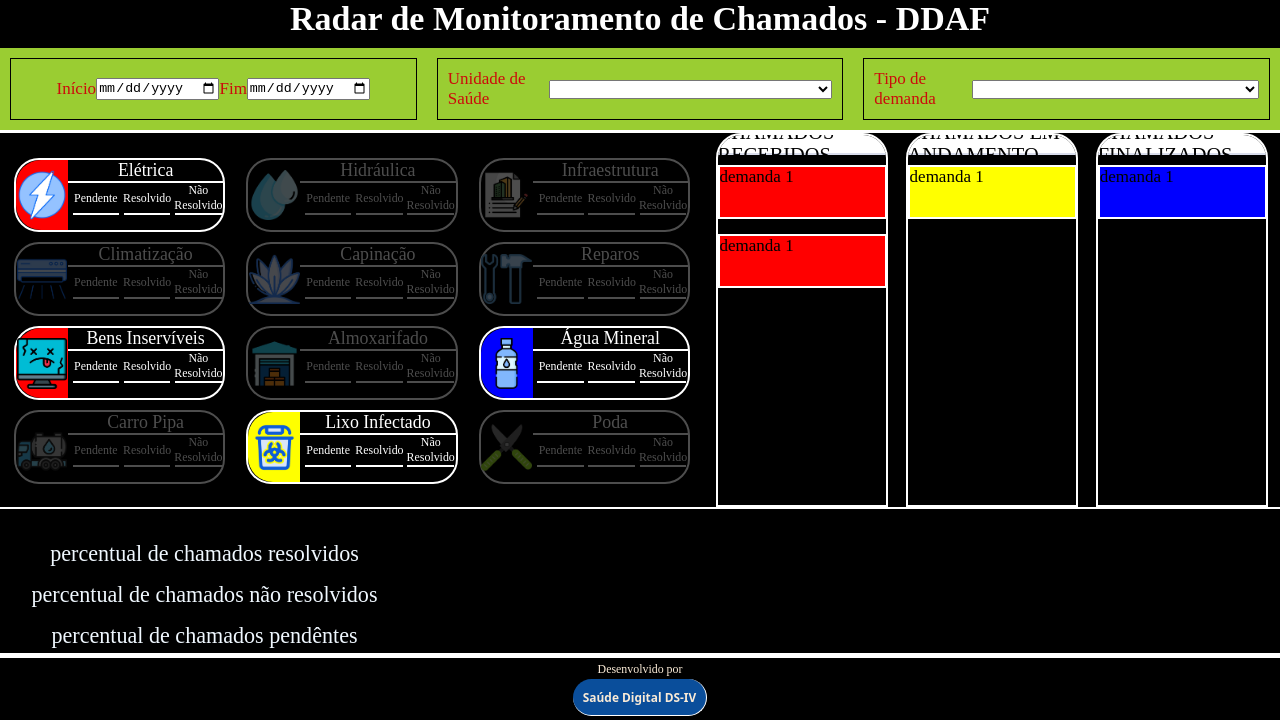
Repository: br-on/ddaf-chamados
Page: index.html
These files come from the project's save history. The page is drawn as it stood at one moment and after a run of saves; the edit follows.
The browser window is 1280 px wide. The pictures show the whole page.

Above is the page before, as saved 2025-01-25 01:25:53.

After the next 2 saves:
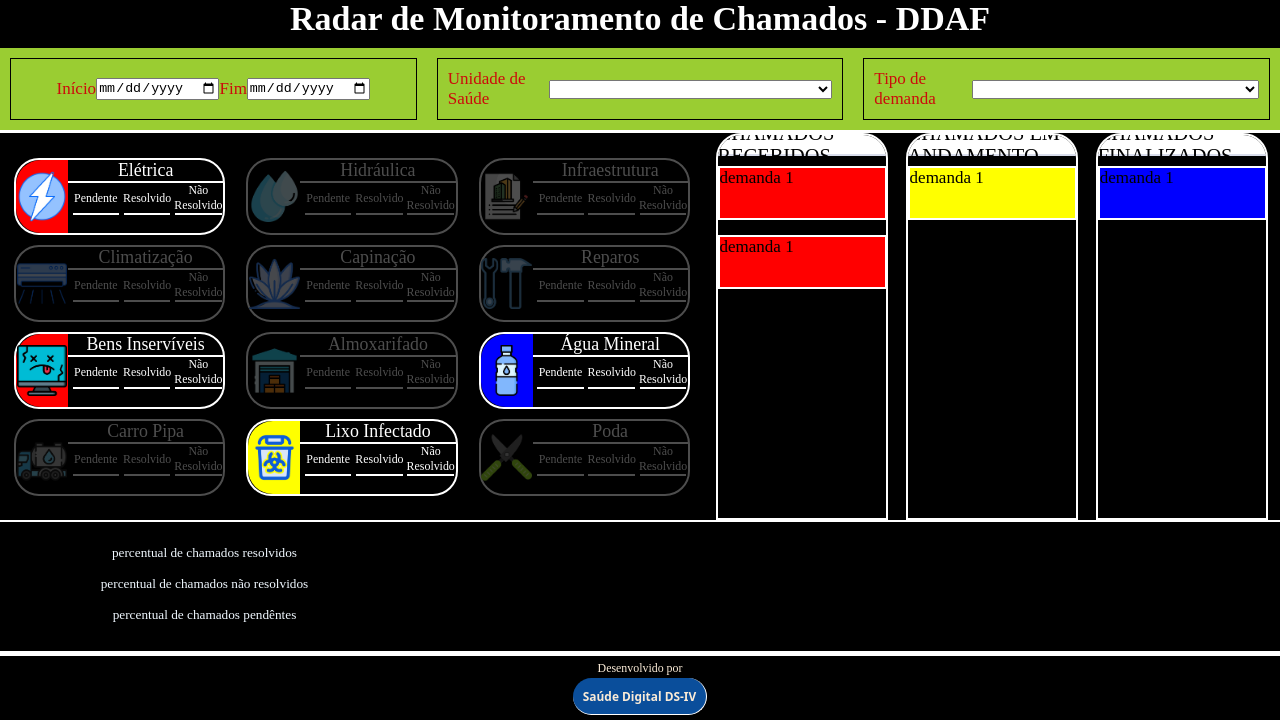
The 2 saves are shown as one change because they came seconds apart.
The last was saved 7 s later.
--- a/style.css
+++ b/style.css
@@ -279,7 +279,7 @@ footer {
         column-gap: 3%;
     }
     .percentual {
-        font-size: 0.6m;
+        font-size: 0.6em;
         height: 20vh;
         border-top: solid 2px white;
     }
